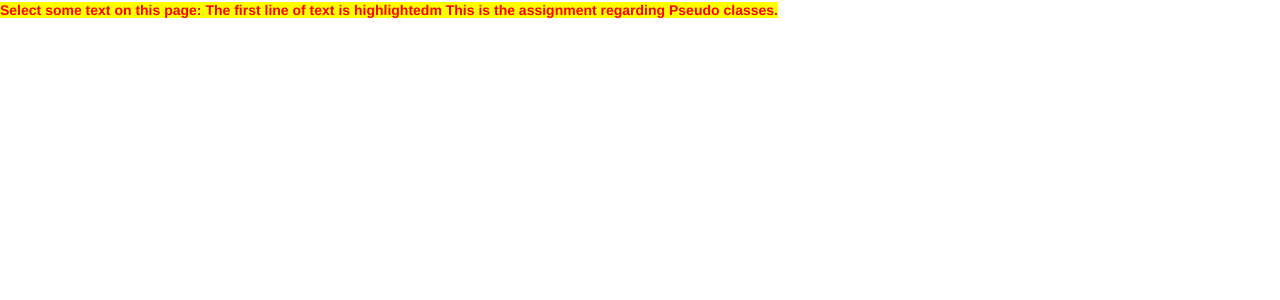
Repository: vaibhavkri/Trendnxt-Projects
Page: bootstrap/Bootstrap– L3 Assignment/Topic 5 CSS Pseudo-classes/Assignment1.html
The author's editor kept a copy of each file at every save. The page is drawn from the files as they stood at one save, then again after the next save.
The browser window is 1280 px wide. The pictures show the whole page.

Above is the page before, as saved 2018-10-23 14:02:40.

After the next save:
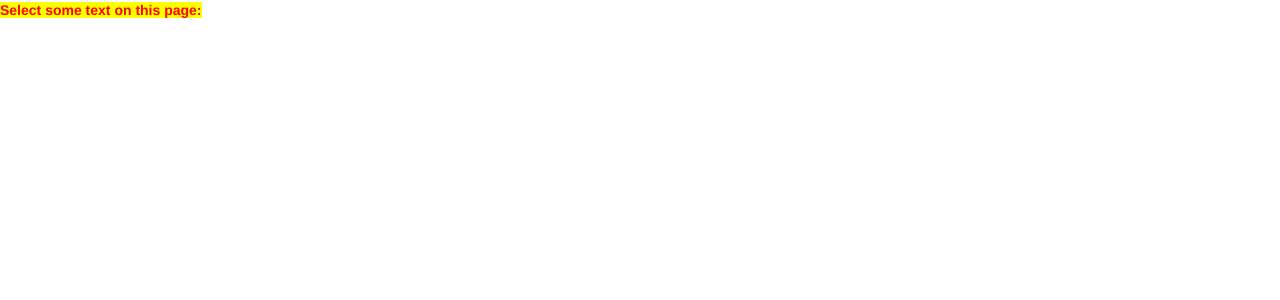
Saved 40 s later.
--- a/bootstrap/Bootstrap– L3 Assignment/Topic 5 CSS Pseudo-classes/Assignment1.html
+++ b/bootstrap/Bootstrap– L3 Assignment/Topic 5 CSS Pseudo-classes/Assignment1.html
@@ -20,7 +20,7 @@
 
 <body>
 
-    <p>Select some text on this page: The first line of text is highlightedm This is the assignment regarding Pseudo classes.</p>
+    <p>Select some text on this page:</p>
 
 
 
